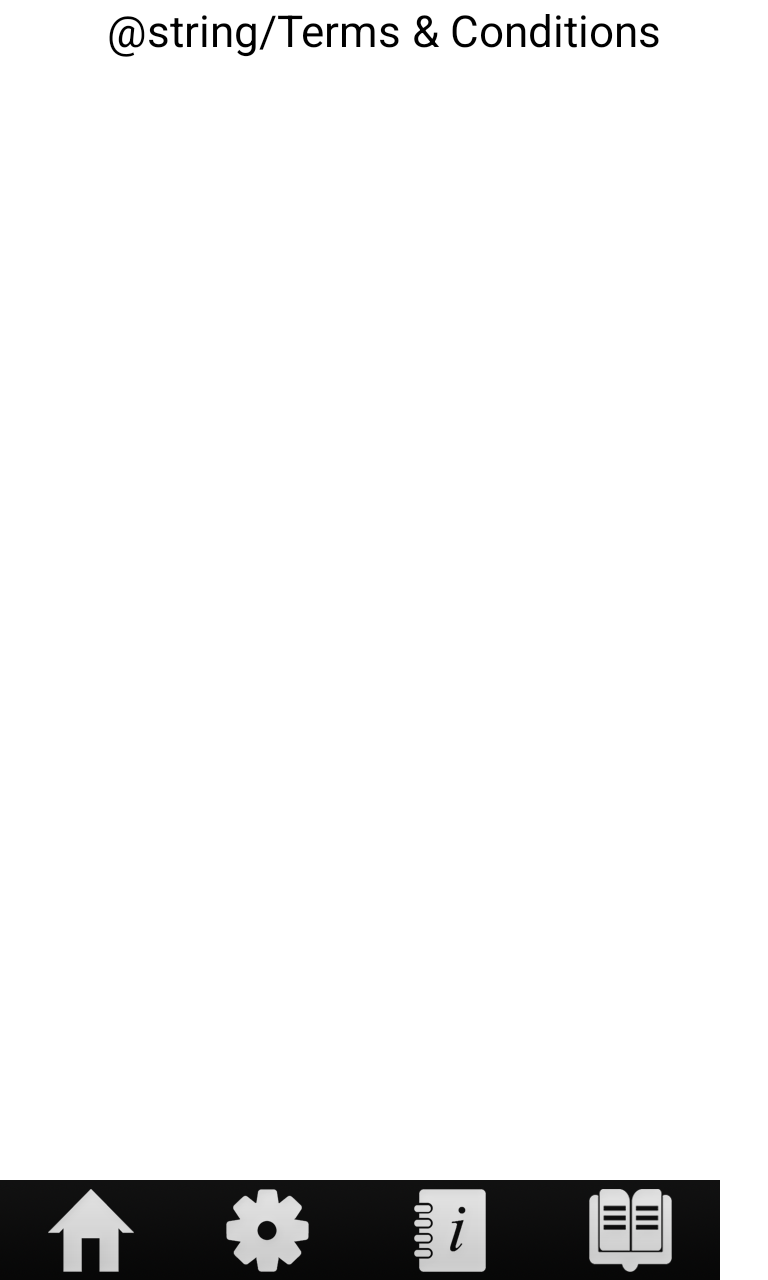
Repository: jo3bolton/PIKJEJ
Layout: PIKJEJ v7/PIKJEJ/res/layout/activity_terms.xml
An editor plug-in stored every save of this project. The layout is shown before and after a run of saves, followed by the edit.
It is drawn on a 768 x 1280 px phone screen (xhdpi) without system bars, with theme AppTheme; the app's code is not run.

Above is the layout before, as saved 2013-03-23 14:23:08.

After the next 2 saves:
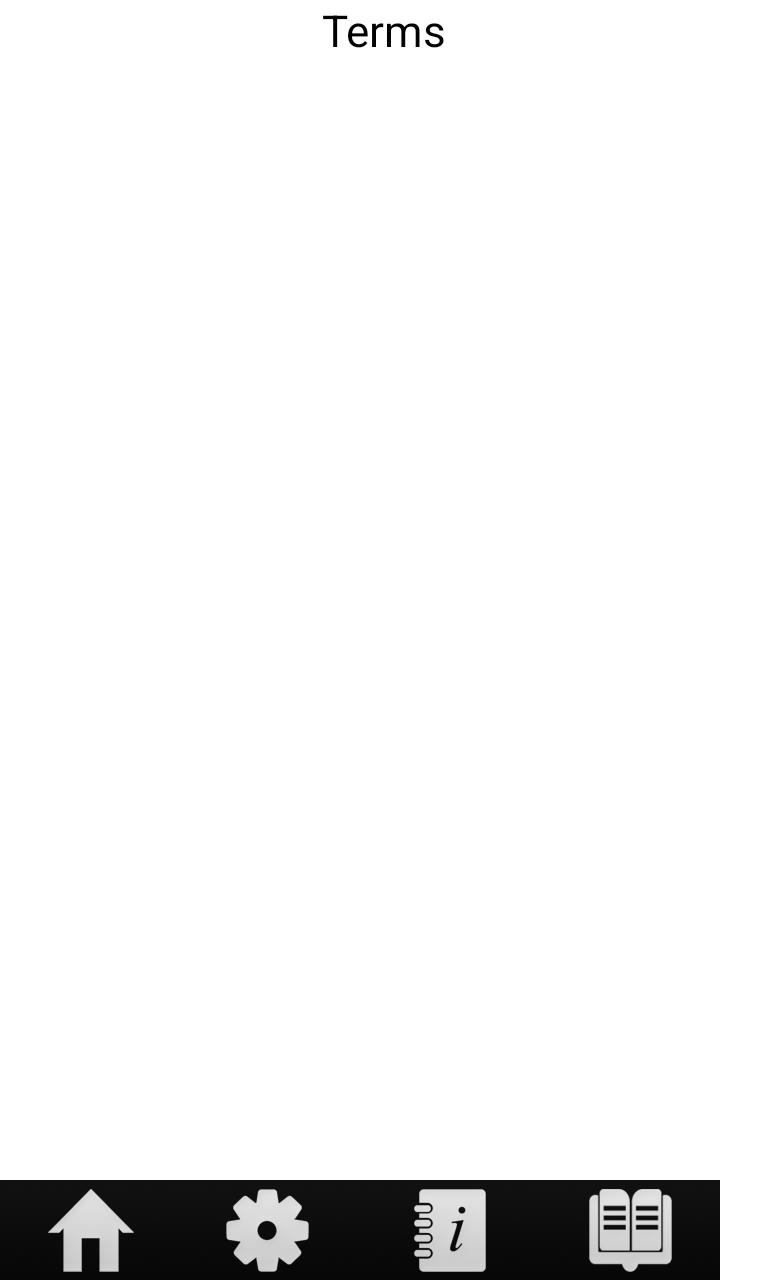
The 2 saves are shown as one change because 1 did not build or start.
The last was saved 51 s later.
--- a/PIKJEJ v7/PIKJEJ/res/layout/activity_terms.xml
+++ b/PIKJEJ v7/PIKJEJ/res/layout/activity_terms.xml
@@ -51,7 +51,7 @@
         android:layout_height="wrap_content"
         android:layout_alignParentTop="true"
         android:layout_centerHorizontal="true"
-        android:text="@string/Terms &amp; Conditions"
+        android:text="@string/title_activity_terms"
         android:textAppearance="?android:attr/textAppearanceLarge" />
 
 </RelativeLayout>
